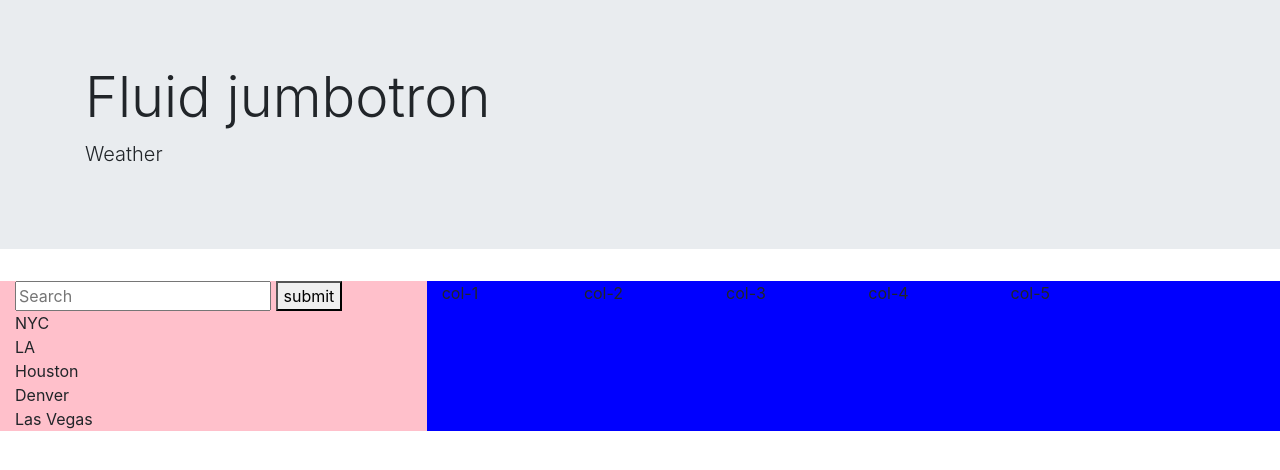
Repository: kkyler24/WeatherBug
Page: index.html
These files come from the project's save history. The page is drawn as it stood at one moment and after the next save; the edit follows.
The browser window is 1280 px wide. The pictures show the whole page.
Some web libraries are served in a nearby version.

Above is the page before, as saved 2020-04-14 13:33:43.

### index.html
<!DOCTYPE html>
<html lang="en">

<head>
    <meta charset="UTF-8">
    <meta name="viewport" content="width=device-width, initial-scale=1.0">
    <title>Weather</title>
    <!-- bootstrap -->
    <link rel="stylesheet" href="https://maxcdn.bootstrapcdn.com/bootstrap/4.0.0/css/bootstrap.min.css"
        integrity="sha384-Gn5384xqQ1aoWXA+058RXPxPg6fy4IWvTNh0E263XmFcJlSAwiGgFAW/dAiS6JXm" crossorigin="anonymous">
    <link rel="stylesheet" href="Style.css">
</head>

<body>
    <header>
        <div class="jumbotron jumbotron-fluid">
            <div class="container">
                <h1 class="display-4">Fluid jumbotron</h1>
                <p class="lead">Weather</p>
            </div>
        </div>
    </header>
    <main class="container-fluid">
        <div class="row">
            <div id="leftCol" class="col-md-4" style="background-color:pink">
                <!-- search input -->
                <input type="text" placeholder="Search">
                <button>submit</button>

                <!-- Search history -->
                <div>NYC</div>
                <div>LA</div>
                <div>Houston</div>
                <div>Denver</div>
                <div>Las Vegas</div>
            </div>
<!-- right side column -->
            <div id="rightCol" class="col-md-8 " style="background-color:blue">
                <div class="row"></div>
                <div class="row">
                    <div class="col-sm-2">col-1</div>
                    <div class="col-sm-2">col-2</div>
                    <div class="col-sm-2">col-3</div>
                    <div class="col-sm-2">col-4</div>
                    <div class="col-sm-2">col-5</div>
                </div>



            </div>
        </div>





    </main>

    <script src="https://ajax.googleapis.com/ajax/libs/jquery/3.4.1/jquery.min.js"></script>
    <script src="https://cdnjs.cloudflare.com/ajax/libs/popper.js/1.12.9/umd/popper.min.js"
        integrity="sha384-ApNbgh9B+Y1QKtv3Rn7W3mgPxhU9K/ScQsAP7hUibX39j7fakFPskvXusvfa0b4Q"
        crossorigin="anonymous"></script>
    <script src="https://maxcdn.bootstrapcdn.com/bootstrap/4.0.0/js/bootstrap.min.js"
        integrity="sha384-JZR6Spejh4U02d8jOt6vLEHfe/JQGiRRSQQxSfFWpi1MquVdAyjUar5+76PVCmYl"
        crossorigin="anonymous"></script>
</body>

</html>

Loaded but not shown: Style.css (empty)

After the next save:
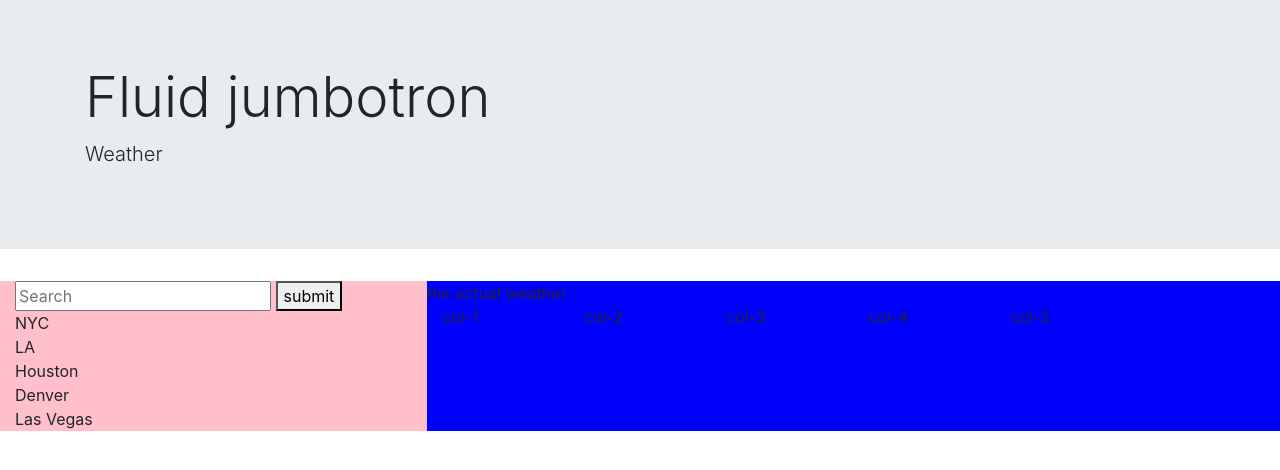
Saved 39 s later.
--- a/index.html
+++ b/index.html
@@ -36,7 +36,7 @@
             </div>
 <!-- right side column -->
             <div id="rightCol" class="col-md-8 " style="background-color:blue">
-                <div class="row"></div>
+                <div class="row">the actual weather</div>
                 <div class="row">
                     <div class="col-sm-2">col-1</div>
                     <div class="col-sm-2">col-2</div>
